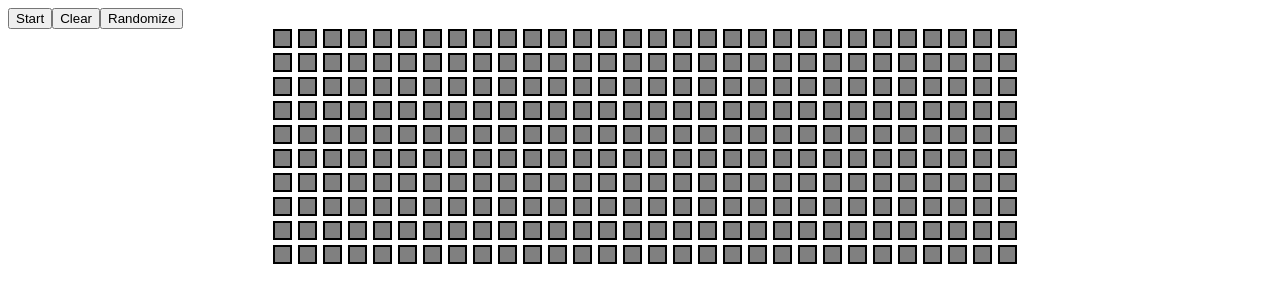
Repository: avanbussum/cellular-automata
Page: /
An editor plug-in stored every save of this project. The page is shown before and after the next save, followed by the edit.
The browser window is 1280 px wide. The pictures show the whole page.
The project was rebuilt for these pictures with package versions that can differ from the ones it lists, and the page was loaded fresh each time.

Above is the page before, as saved 2023-04-29 01:17:16.

After the next save:
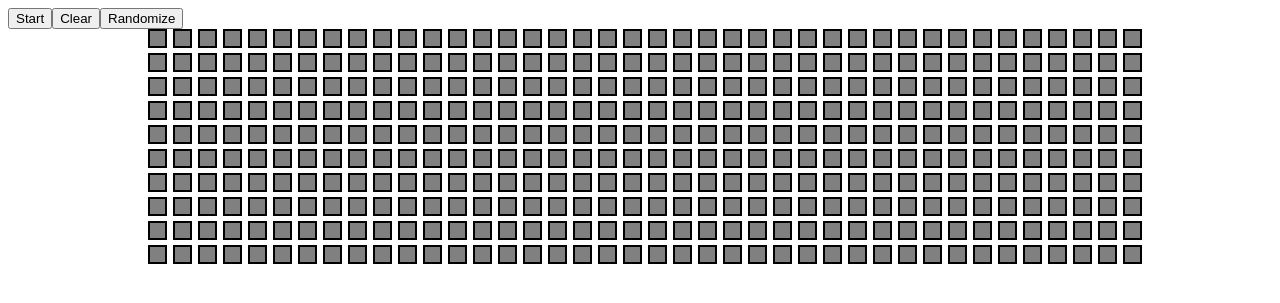
Saved 11 s later.
--- a/src/App.js
+++ b/src/App.js
@@ -2,7 +2,7 @@ import React, { useState, useCallback, useRef } from 'react'
 import Produce from 'immer';
 
 const numRows = 10;
-const numCols = 30;
+const numCols = 40;
 
 let rps = false;
 
